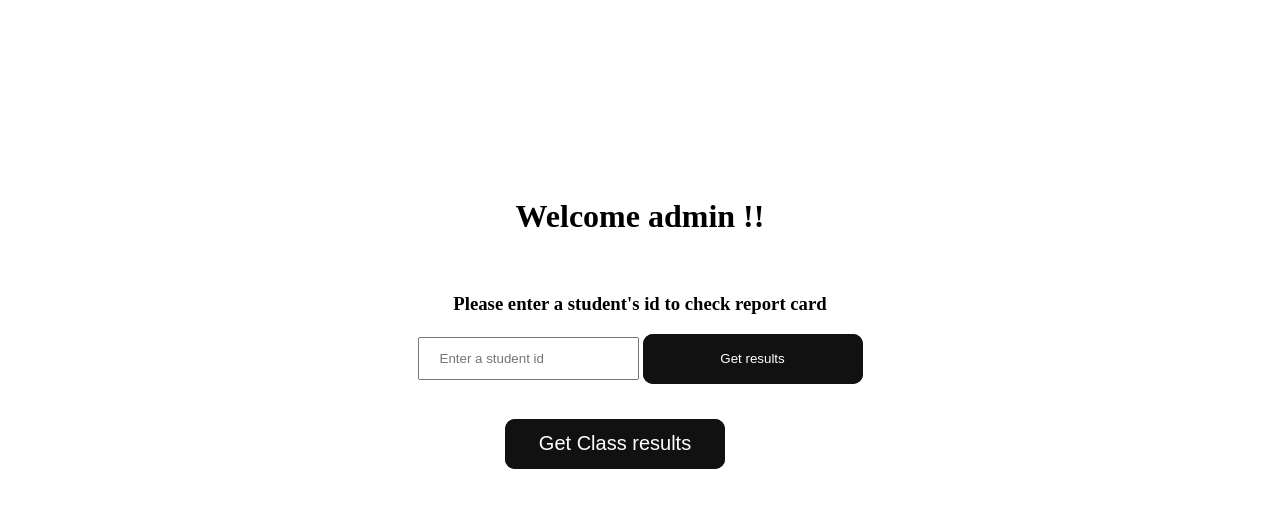
Repository: MriOj/OnlineExamPortal
Page: http://localhost/ExamPortal/admlogin.jsp
The author's editor kept a copy of each file at every save. The page is drawn from the files as they stood at one save, then again after the next save.
The browser window is 1280 px wide. The pictures show the whole page.
The page is served by Tomcat 9.

Above is the page before, as saved 2021-09-07 10:49:28.

After the next save:
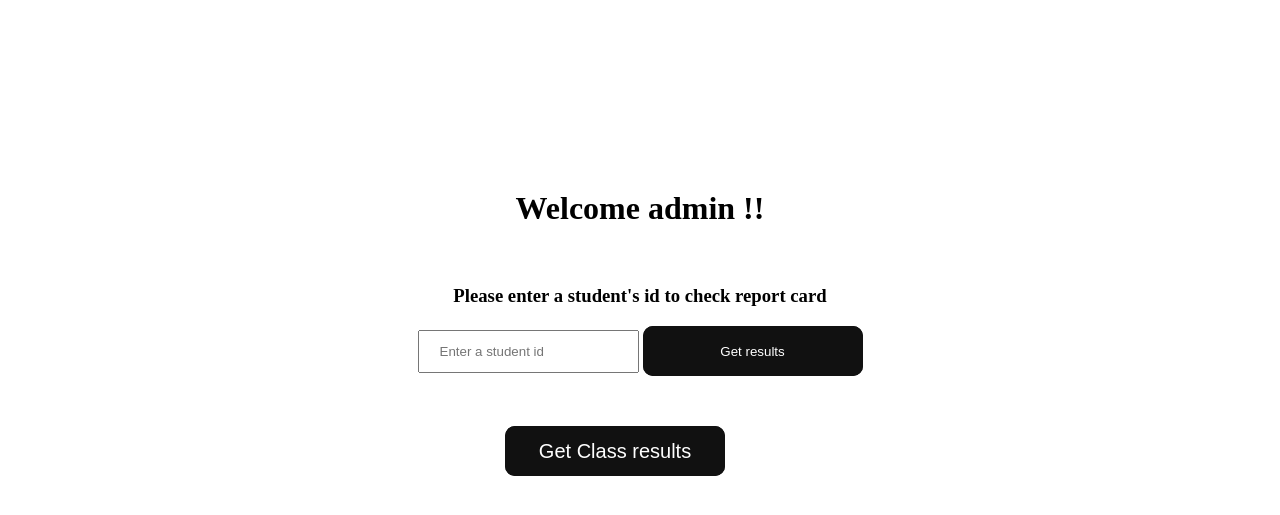
Saved 12 s later.
--- a/ExamPortal/src/main/webapp/admlogin.jsp
+++ b/ExamPortal/src/main/webapp/admlogin.jsp
@@ -91,7 +91,7 @@ input[type=number] {
 padding: 12px 20px;
 }
 #b2{font-size: 20px;
-margin: 35px 50px 75px 0px;}
+margin: 50px 50px 75px 0px;}
 </style>
 </head>
 <body>
